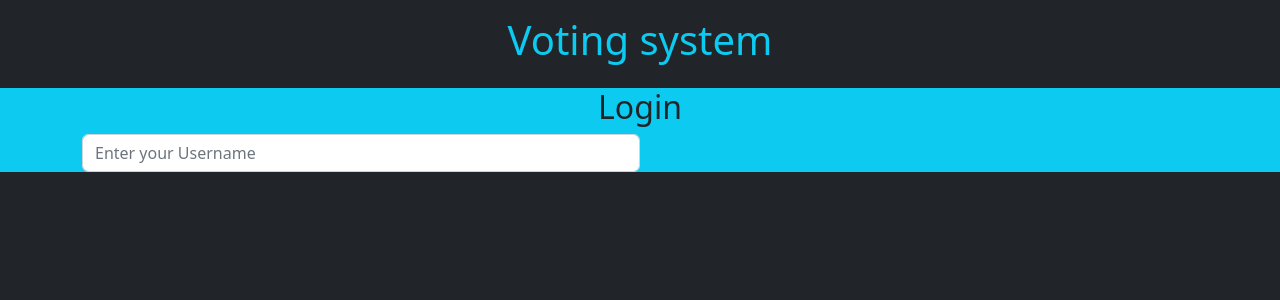
Repository: AvinashLikesToLearnNewStuff/VotingSite
Page: http://localhost/
An editor plug-in stored every save of this project. The page is shown before and after the next save, followed by the edit.
The browser window is 1280 px wide. The pictures show the whole page.
The page is run by PHP 8.4 with error messages shown; the project is at /var/www/html/.

Above is the page before, as saved 2023-03-09 09:51:20.

### index.php
<!DOCTYPE html>
<html lang="en">
<head>
    <meta charset="UTF-8">
    <meta http-equiv="X-UA-Compatible" content="IE=edge">
    <meta name="viewport" content="width=device-width, initial-scale=1.0">
    <title>PHP voting system</title>
    <!-- bootstrap css link -->
     <link href="https://cdn.jsdelivr.net/npm/bootstrap@5.2.3/dist/css/bootstrap.min.css" rel="stylesheet" integrity="sha384-rbsA2VBKQhggwzxH7pPCaAqO46MgnOM80zW1RWuH61DGLwZJEdK2Kadq2F9CUG65" crossorigin="anonymous">
</head>
<body class="bg-dark">
    <h1 class=  "text-info text-center p-3">Voting system</h1>
    <div class="bg-info">
        <h2 class="text-center">Login</h2>
        <div class="container">
            <form action="">
                <div class="mb3">
                    <input type="text" name="username" class="form-control w-50" placeholder="Enter your Username" required= "required">
                </div>
            </form>
        </div>
    </div>

</body>
</html>

After the next save:
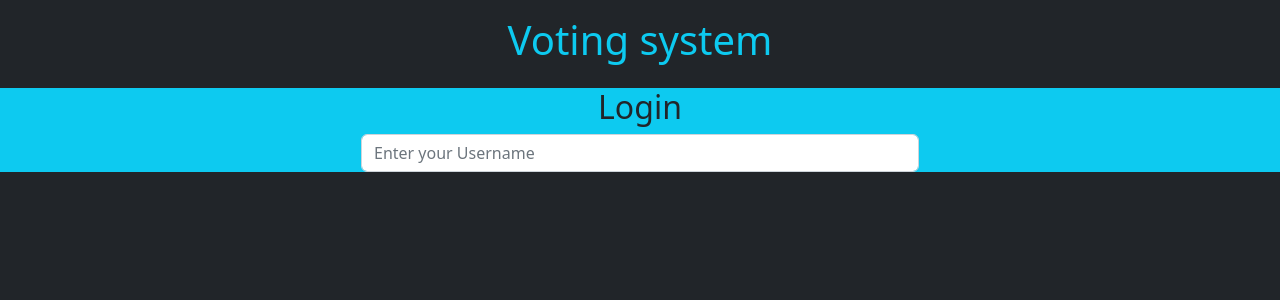
Saved 10 s later.
--- a/index.php
+++ b/index.php
@@ -15,7 +15,7 @@
         <div class="container">
             <form action="">
                 <div class="mb3">
-                    <input type="text" name="username" class="form-control w-50" placeholder="Enter your Username" required= "required">
+                    <input type="text" name="username" class="form-control w-50 m-auto" placeholder="Enter your Username" required= "required">
                 </div>
             </form>
         </div>
